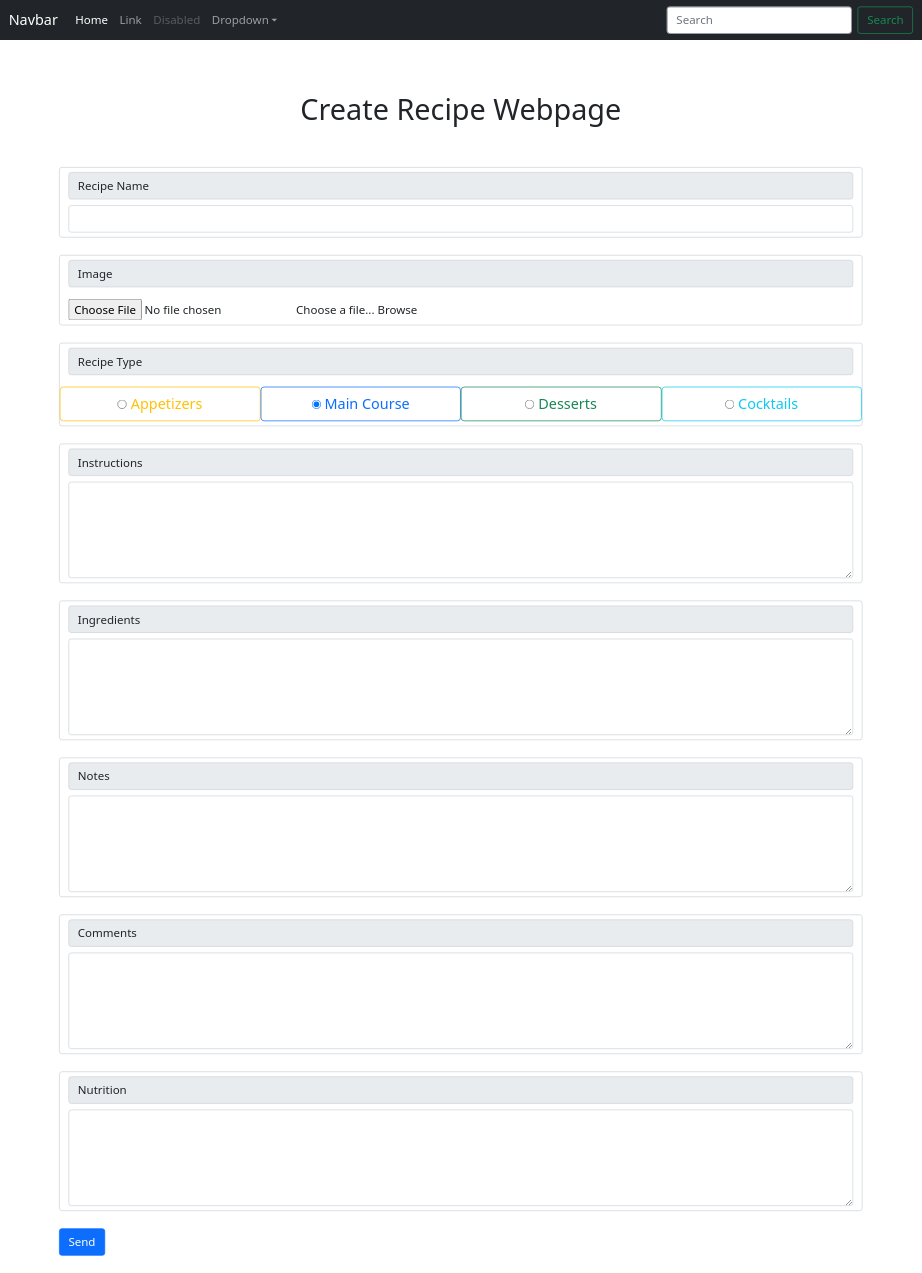
Repository: jerrywthompson/createRecipeWebpageHTML
Page: index.html
The author's editor kept a copy of each file at every save. The page is drawn from the files as they stood at one save, then again after the next save.
The browser window is 1280 px wide. The pictures show the whole page, at 72% of full size.

Above is the page before, as saved 2021-02-25 15:41:28.

### index.html
<!doctype html>
<html lang="en">
    <head>
        <meta charset="utf-8">
        <meta name="viewport" content="width=device-width, initial-scale=1">
        <meta name="description" content="">
        <meta name="author" content="Mark Otto, Jacob Thornton, and Bootstrap contributors">
        <meta name="generator" content="Hugo 0.80.0">
        <title>Create Recipe Webpage</title>

        <link rel="stylesheet" href="css/main.css"/>
        <!-- Bootstrap core CSS -->
        <link rel="stylesheet" href="css/bootstrap5/css/bootstrap.min.css" >
        <!-- <link rel="stylesheet" href="css/bootstrap-4.5.3/css/bootstrap.min.css"> -->

        <style>
            .bd-placeholder-img {
                font-size: 1.125rem;
                text-anchor: middle;
                -webkit-user-select: none;
                -moz-user-select: none;
                user-select: none;
            }

            @media (min-width: 768px) {
                .bd-placeholder-img-lg {
                    font-size: 3.5rem;
                }
            }
        </style>

    </head>
    <body>

        <nav class="navbar navbar-expand-md navbar-dark bg-dark fixed-top">
            <div class="container-fluid">
                <a class="navbar-brand" href="#">Navbar</a>
                <button class="navbar-toggler" type="button" data-bs-toggle="collapse" data-bs-target="#navbarsExampleDefault" aria-controls="navbarsExampleDefault" aria-expanded="false" aria-label="Toggle navigation">
                    <span class="navbar-toggler-icon"></span>
                </button>

                <div class="collapse navbar-collapse" id="navbarsExampleDefault">
                    <ul class="navbar-nav me-auto mb-2 mb-md-0">
                        <li class="nav-item">
                            <a class="nav-link active" aria-current="page" href="#">Home</a>
                        </li>
                        <li class="nav-item">
                            <a class="nav-link" href="#">Link</a>
                        </li>
                        <li class="nav-item">
                            <a class="nav-link disabled" href="#" tabindex="-1" aria-disabled="true">Disabled</a>
                        </li>
                        <li class="nav-item dropdown">
                            <a class="nav-link dropdown-toggle" href="#" id="dropdown01" data-bs-toggle="dropdown" aria-expanded="false">Dropdown</a>
                            <ul class="dropdown-menu" aria-labelledby="dropdown01">
                                <li><a class="dropdown-item" href="#">Action</a></li>
                                <li><a class="dropdown-item" href="#">Another action</a></li>
                                <li><a class="dropdown-item" href="#">Something else here</a></li>
                            </ul>
                        </li>
                    </ul>
                    <form class="d-flex">
                        <input class="form-control me-2" type="search" placeholder="Search" aria-label="Search">
                        <button class="btn btn-outline-success" type="submit">Search</button>
                    </form>
                </div>
            </div>
        </nav>
        <div class="starter-template text-center py-5 px-3">
            <h1>Create Recipe Webpage</h1>
        </div>
        <main class="container">
            <div class="input-section">
                <fieldset class="form-group">

                    <form action="main.php" method="post">

                        <div class="form-control mb-4">
                            <div class="input-group-prepend mb-2">
                                <span class="input-group-text" id="inputGroup-sizing-default">Recipe Name</span>
                            </div>
                            <input type="text" name="recipeName" class="form-control" aria-label="Default" aria-describedby="inputGroup-sizing-default">
                        </div>

                        <div class="form-control mb-4">
                            <div class="input-group-prepend mb-3">
                                <span class="input-group-text" id="inputGroup-sizing-default">Image</span>
                            </div>
                            <input type="file" class="form-file-input" id="customFile">
                            <label class="form-file-label" for="customFile">
                              <span class="form-file-text">Choose a file...</span>
                              <span class="form-file-button">Browse</span>
                            </label>
                        </div>


                        <div class="form-control mb-4">
                            <div class="input-group-prepend mb-3">
                                <span class="input-group-text" id="inputGroup-sizing-default">Recipe Type</span>
                            </div>
                            <div class="btn-toolbar row ml-2">
                                <label class="btn btn-outline-warning btn-lg col-lg-3">
                                    <input type="radio" name="recipeType" id="appetizers" value="appetizers" autocomplete="off" > Appetizers
                                </label>
                                <label class="btn btn-outline-primary btn-lg col-lg-3">
                                    <input type="radio" name="recipeType" id="main_course" value="main_course" autocomplete="off" checked> Main Course
                                </label>
                                <label class="btn btn-outline-success btn-lg col-lg-3">
                                    <input type="radio" name="recipeType" id="desserts" value="desserts" autocomplete="off"> Desserts
                                </label>
                                <label class="btn btn-outline-info btn-lg col-lg-3">
                                    <input type="radio" name="recipeType" id="cocktails" value="cocktails" autocomplete="off"> Cocktails
                                </label>
                            </div>
                        </div>
                        <div class="form-control mb-4">
                            <div class="input-group-prepend mb-2">
                                <span class="input-group-text">Instructions</span>
                            </div>
                            <textarea class="form-control" name="instructions" id="instructions" rows="5"></textarea>
                        </div>
                        <div class="form-control mb-4">
                            <div class="input-group-prepend mb-2">
                                <span class="input-group-text">Ingredients</span>
                            </div>
                            <textarea class="form-control" name="ingredients" id="ingredients" rows="5"></textarea>
                        </div>

                        <div class="form-control mb-4">
                            <div class="input-group-prepend mb-2">
                                <span class="input-group-text">Notes</span>
                            </div>
                            <textarea class="form-control" name="notes" id="notes" rows="5"></textarea>
                        </div>

                        <div class="form-control mb-4">
                            <div class="input-group-prepend mb-2">
                                <span class="input-group-text">Comments</span>
                            </div>
                            <textarea class="form-control" name="comments" id="comments" rows="5"></textarea>
                        </div>

                        <div class="form-control mb-4">
                            <div class="input-group-prepend mb-2">
                                <span class="input-group-text">Nutrition</span>
                            </div>
                            <textarea class="form-control" name="nutrition" id="nutrition" rows="5"></textarea>
                        </div>


                        <!-- Submit button -->
                        <button type="submit" class="btn btn-primary btn-block mb-4">Send</button>
                    </form>

                </fieldset>

                </body>
                </html>

Loaded but not shown: css/main.css (common file); css/bootstrap5/css/bootstrap.min.css (library)

After the next save:
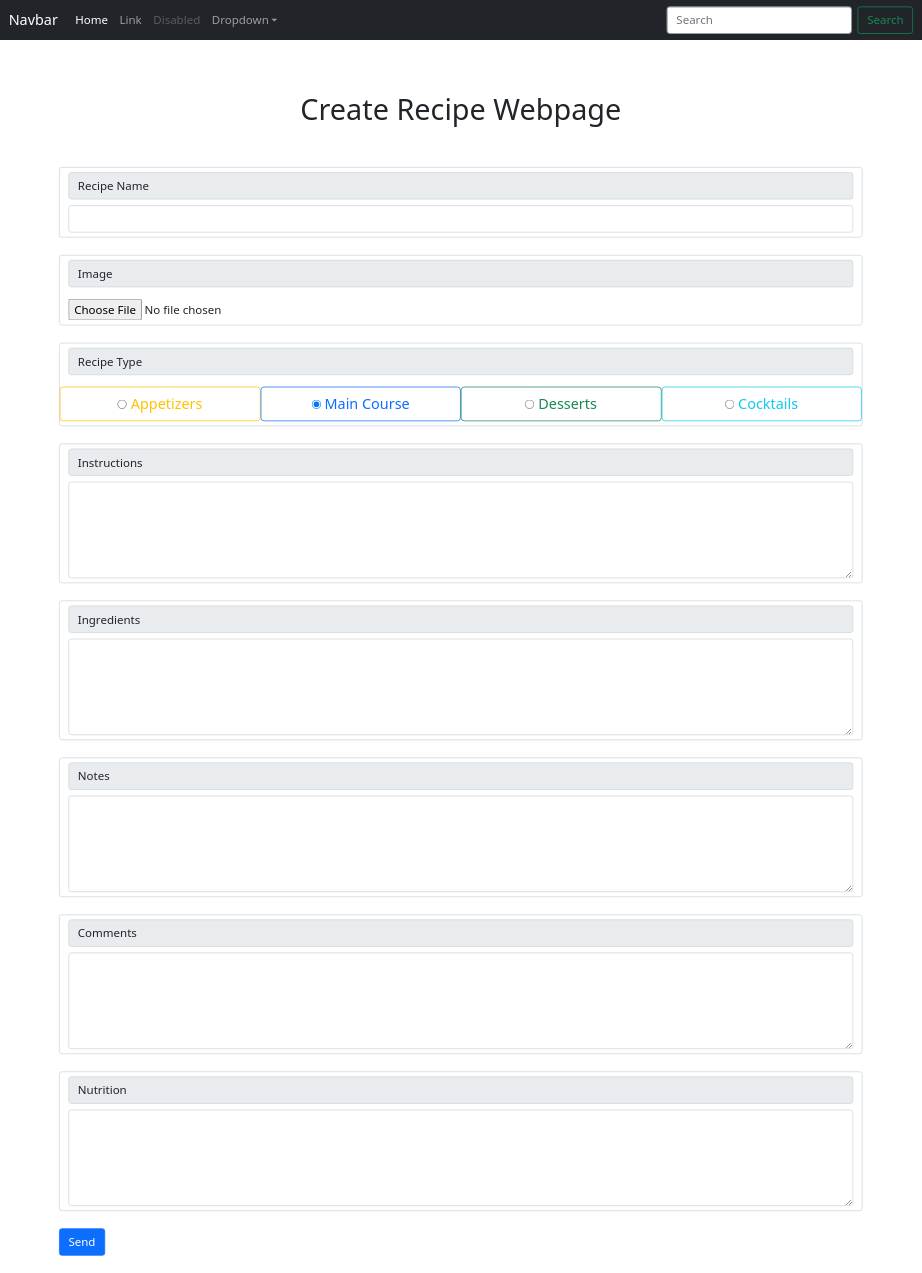
Saved 60 s later.
--- a/index.html
+++ b/index.html
@@ -88,8 +88,8 @@
                             </div>
                             <input type="file" class="form-file-input" id="customFile">
                             <label class="form-file-label" for="customFile">
-                              <span class="form-file-text">Choose a file...</span>
-                              <span class="form-file-button">Browse</span>
+                              <!-- <span class="form-file-text">Choose a file...</span>
+                              <span class="form-file-button">Browse</span> -->
                             </label>
                         </div>
 
